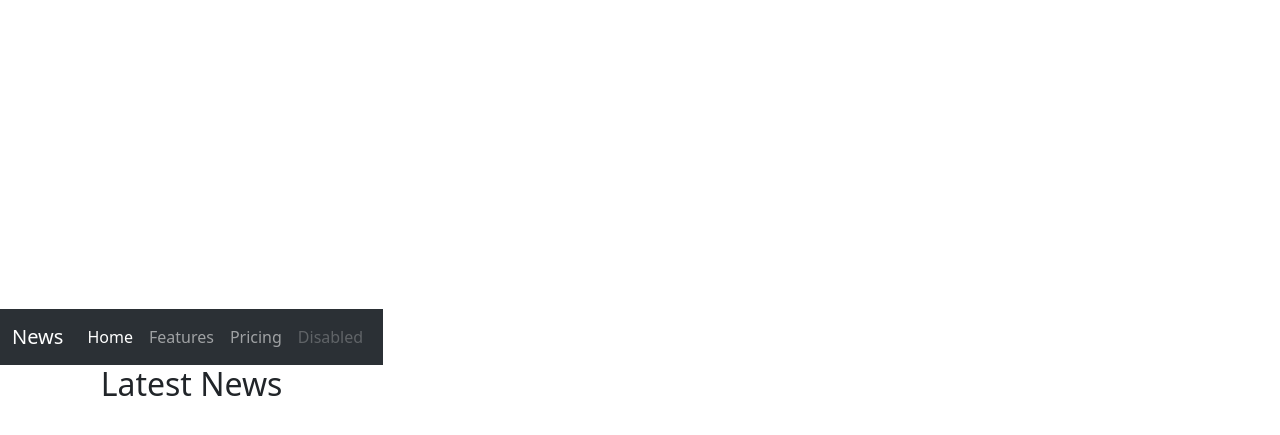
Repository: Abhilash2909/NewsWeb
Page: /
The author's editor kept a copy of each file at every save. The page is drawn from the files as they stood at one save, then again after the next save.
The browser window is 1280 px wide. The pictures show the whole page.
The project was rebuilt for these pictures with package versions that can differ from the ones it lists, and the page was loaded fresh each time. Also part of the build but not shown: vite.config.js.

Above is the page before, as saved 2024-05-21 22:38:35.

### index.html
<!doctype html>
<html lang="en">
  <head>
    <meta charset="UTF-8" />
    <link href="https://cdn.jsdelivr.net/npm/bootstrap@5.3.3/dist/css/bootstrap.min.css" rel="stylesheet" integrity="sha384-QWTKZyjpPEjISv5WaRU9OFeRpok6YctnYmDr5pNlyT2bRjXh0JMhjY6hW+ALEwIH" crossorigin="anonymous">
    <meta name="viewport" content="width=device-width, initial-scale=1.0" />
    <title>News Web</title>
  </head>
  <body>
    <div id="root"></div>
    <script type="module" src="/src/main.jsx"></script>
    <script src="https://cdn.jsdelivr.net/npm/bootstrap@5.3.3/dist/js/bootstrap.bundle.min.js" integrity="sha384-YvpcrYf0tY3lHB60NNkmXc5s9fDVZLESaAA55NDzOxhy9GkcIdslK1eN7N6jIeHz" crossorigin="anonymous"></script>
  </body>
</html>

### src/App.jsx
import Navbar from "./Components/Navbar"
import NewsBoard from "./Components/NewsBoard"

const App = () => {
  return (
    <div>
      <Navbar/>
      <NewsBoard/>
    </div>
  )
}

export default App

### src/Components/Navbar.jsx

const Navbar = () => {
  return (
    <nav className="navbar navbar-expand-lg bg-body-tertiary" data-bs-theme="dark">
  <div className="container-fluid">
    <a className="navbar-brand" href="#"><span>News</span></a>
    <button className="navbar-toggler" type="button" data-bs-toggle="collapse" data-bs-target="#navbarNav" aria-controls="navbarNav" aria-expanded="false" aria-label="Toggle navigation">
      <span className="navbar-toggler-icon"></span>
    </button>
    <div className="collapse navbar-collapse" id="navbarNav">
      <ul className="navbar-nav">
        <li className="nav-item">
          <a className="nav-link active" aria-current="page" href="#">Home</a>
        </li>
        <li className="nav-item">
          <a className="nav-link" href="#">Features</a>
        </li>
        <li className="nav-item">
          <a className="nav-link" href="#">Pricing</a>
        </li>
        <li className="nav-item">
          <a className="nav-link disabled" aria-disabled="true">Disabled</a>
        </li>
      </ul>
    </div>
  </div>
</nav>
  )
}

export default Navbar

### src/Components/NewsBoard.jsx

const NewsBoard = () => {
    return (
      <div>
        <h2 className="text-center">Latest <span className="">News</span></h2>
      </div>
    )
  }

export default NewsBoard

Loaded but not shown: src/main.jsx (common file); src/index.css (common file)

After the next save:
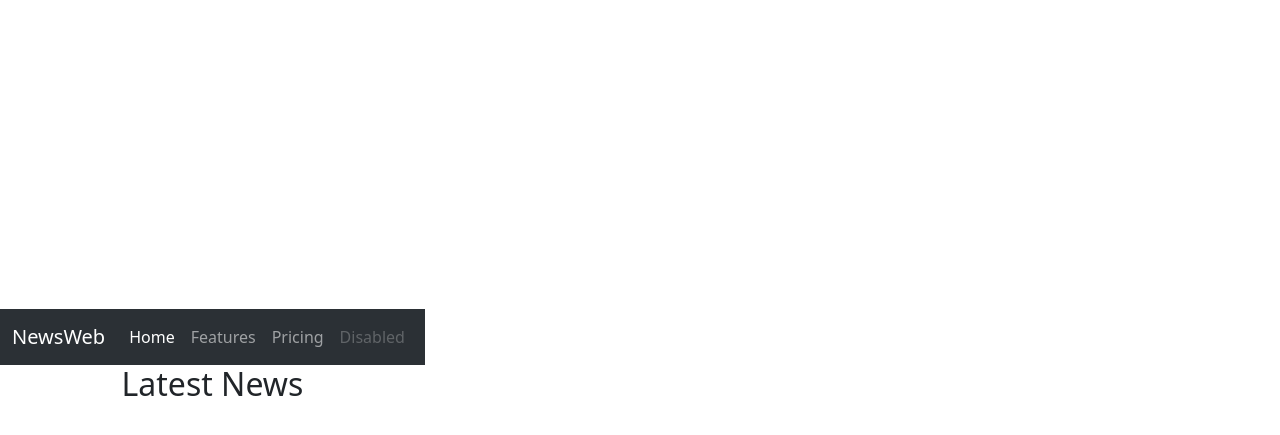
Saved 12 s later.
--- a/src/Components/Navbar.jsx
+++ b/src/Components/Navbar.jsx
@@ -3,7 +3,7 @@
   return (
     <nav className="navbar navbar-expand-lg bg-body-tertiary" data-bs-theme="dark">
   <div className="container-fluid">
-    <a className="navbar-brand" href="#"><span>News</span></a>
+    <a className="navbar-brand" href="#"><span>NewsWeb</span></a>
     <button className="navbar-toggler" type="button" data-bs-toggle="collapse" data-bs-target="#navbarNav" aria-controls="navbarNav" aria-expanded="false" aria-label="Toggle navigation">
       <span className="navbar-toggler-icon"></span>
     </button>
